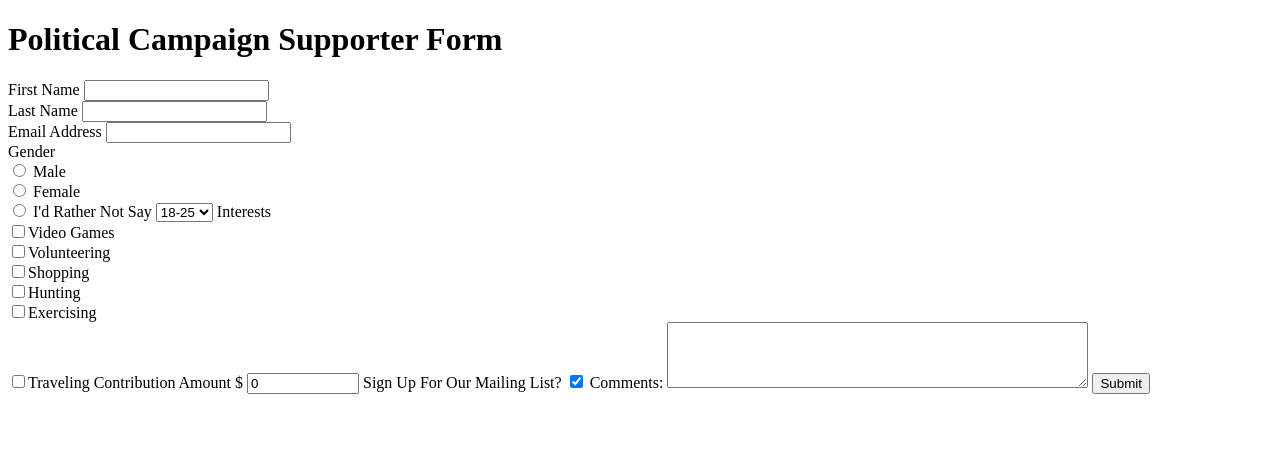
Repository: ryanaanderson0/COSW30
Page: Homework/Homework2/contact.html
The author's editor kept a record of every edit. The page is drawn from the files as they stood at one moment, then again after the next edit.
The browser window is 1280 px wide. The pictures show the whole page.

Above is the page before.

After the next edit:
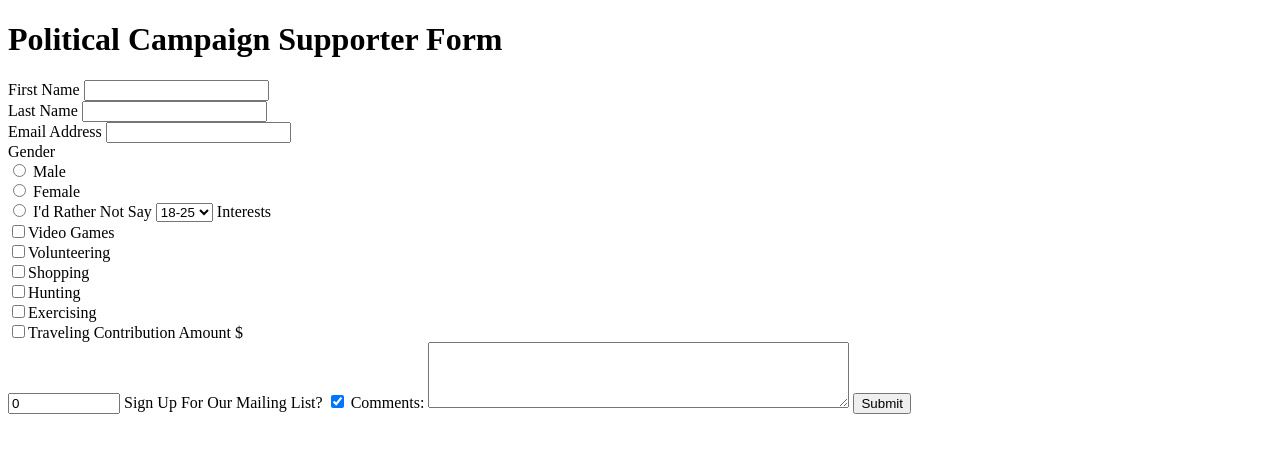
The edit:
--- a/Homework/Homework2/contact.html
+++ b/Homework/Homework2/contact.html
@@ -38,7 +38,7 @@
         <input type="checkbox" id="interests" name="interest[]" value="exercising">Exercising<br>
         <input type="checkbox" id="interests" name="interest[]" value="traveling">Traveling
 
-        <label>Contribution Amount $</label>
+        <label>Contribution Amount $</label><br>
         <input type="number" id="contribution" name="quantity" min="0" max="100000000" value="0">
 
         <label>Sign Up For Our Mailing List?</label>
